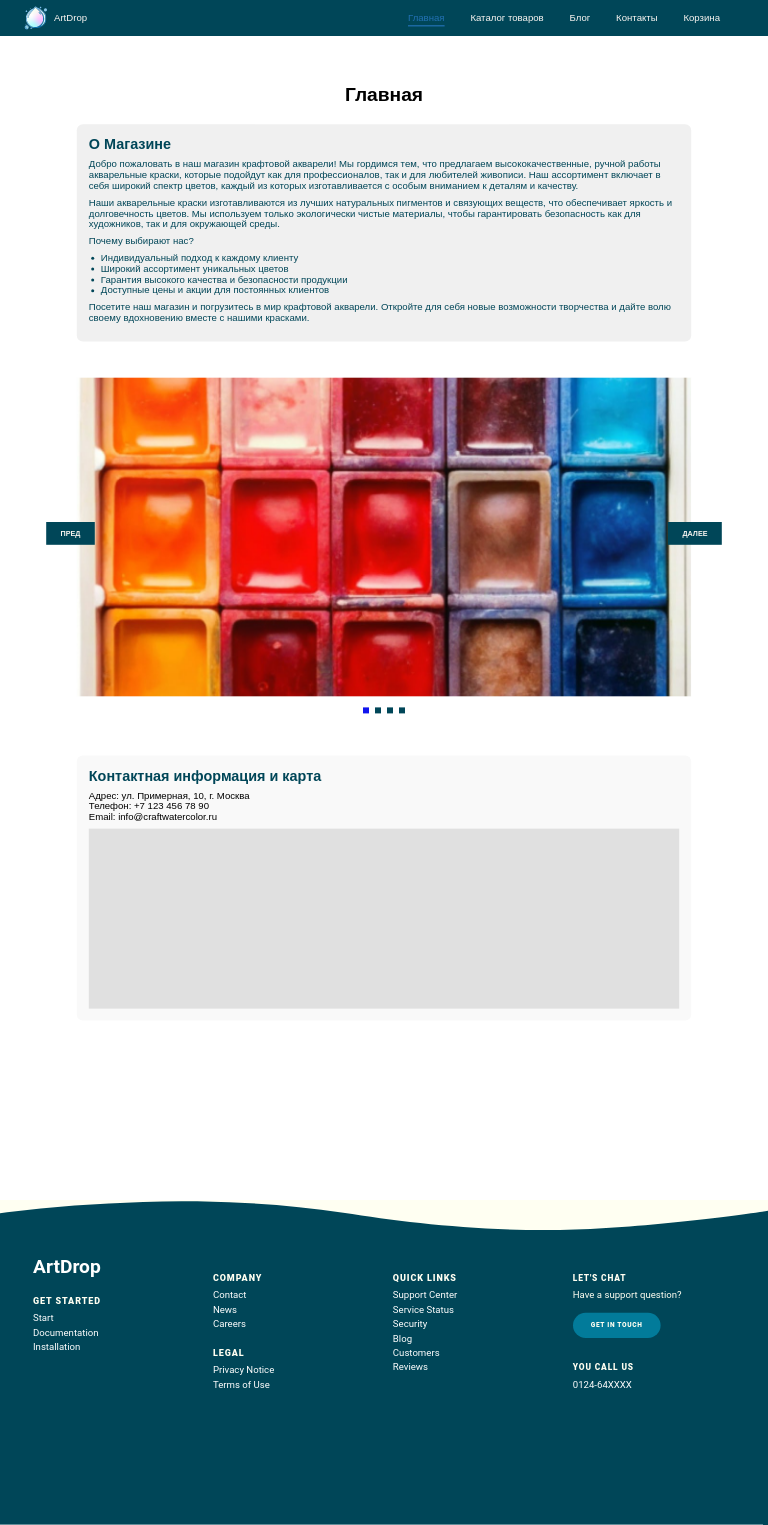
Repository: mnats725/art-drop
Page: index.html
The author's editor kept a copy of each file at every save. The page is drawn from the files as they stood at one save, then again after the next save.
The browser window is 1280 px wide. The pictures show the whole page, at 60% of full size.

Above is the page before, as saved 2024-05-21 00:32:08.

### index.html
<!DOCTYPE html>
<html lang="en">
<head>
    <meta charset="UTF-8">
    <meta http-equiv="X-UA-Compatible" content="IE=edge">
    <meta name="viewport" content="width=device-width, initial-scale=1.0">
    <title>ArtDrop</title>
    <link rel="stylesheet" href="./css/style.css">
    <link rel="stylesheet" href="./css/content.css">

</head>
<body>
    <div class="wrapper">
        <header class="header">
            <!-- Шапка -->
            <div class="logo">
                <a href="index.html">
                    <img src="./assets/img/logo.svg" alt="ArtDrop Logo">
                    <span>ArtDrop</span>
                </a>
            </div>
            <!-- Меню сайта -->
            <nav class="nav">
                <ul>
                    <li class="active">Главная</li>
                    <li>Каталог товаров</li>
                    <li>Блог</li>
                    <li>Контакты</li>
                    <li>Корзина</li>
                </ul>
            </nav>
            <!-- Иконка бургерменю -->
            <div class="burger">
                <span></span>
            </div>
        </header>
    </div>

    <div class="content">
        <h1 class="content-title">Главная</h1>
        <section class="store-info">
          <h2>О Магазине</h2>
          <p>Добро пожаловать в наш магазин крафтовой акварели! Мы гордимся тем, что предлагаем высококачественные, ручной работы акварельные краски, которые подойдут как для профессионалов, так и для любителей живописи. Наш ассортимент включает в себя широкий спектр цветов, каждый из которых изготавливается с особым вниманием к деталям и качеству.</p>
          <p>Наши акварельные краски изготавливаются из лучших натуральных пигментов и связующих веществ, что обеспечивает яркость и долговечность цветов. Мы используем только экологически чистые материалы, чтобы гарантировать безопасность как для художников, так и для окружающей среды.</p>
          <p>Почему выбирают нас?</p>
          <ul>
              <li>Индивидуальный подход к каждому клиенту</li>
              <li>Широкий ассортимент уникальных цветов</li>
              <li>Гарантия высокого качества и безопасности продукции</li>
              <li>Доступные цены и акции для постоянных клиентов</li>
          </ul>
          <p>Посетите наш магазин и погрузитесь в мир крафтовой акварели. Откройте для себя новые возможности творчества и дайте волю своему вдохновению вместе с нашими красками.</p>
       </section>
        <main class="carousel-container">
            <div class="carousel">
              <div class="item active">
                <img src="./assets/img/colores/photo_1_2024-05-20_20-57-42.jpg" alt="Image 1" />
              </div>
              <div class="item">
                <img src="./assets//img/colores/photo_2_2024-05-20_20-57-42.jpg" alt="Image 2" />
              </div>
              <div class="item">
                <img src="./assets/img/colores/photo_3_2024-05-20_20-57-42.jpg" alt="Image 3" />
              </div>
              <div class="item">
                <img src="./assets/img/colores/photo_4_2024-05-20_20-57-42.jpg" alt="Image 4" />
              </div>
            </div>
            <button class="btn prev">Пред</button>
            <button class="btn next">Далее</button>
            <br>
            <div class="dots"></div>
          </main>

          <section class="contact-info">
            <h2>Контактная информация и карта</h2>
            <p>Адрес: ул. Примерная, 10, г. Москва</p>
            <p>Телефон: +7 123 456 78 90</p>
            <p>Email: info@craftwatercolor.ru</p>
            <div id="map"></div>
        </section>
    </div>

    <div class="pg-footer">
        <footer class="footer">
          <svg class="footer-wave-svg" xmlns="http://www.w3.org/2000/svg" viewBox="0 0 1200 100" preserveAspectRatio="none">
            <path class="footer-wave-path" d="M851.8,100c125,0,288.3-45,348.2-64V0H0v44c3.7-1,7.3-1.9,11-2.9C80.7,22,151.7,10.8,223.5,6.3C276.7,2.9,330,4,383,9.8 c52.2,5.7,103.3,16.2,153.4,32.8C623.9,71.3,726.8,100,851.8,100z"></path>
          </svg>
          <div class="footer-content">
            <div class="footer-content-column">
              <div class="footer-logo">
                <a class="footer-logo-link" href="#">
                  <span class="hidden-link-text">ArtDrop</span>
                  <h1>ArtDrop</h1>
                </a>
              </div>
              <div class="footer-menu">
                <h2 class="footer-menu-name"> Get Started</h2>
                <ul id="menu-get-started" class="footer-menu-list">
                  <li class="menu-item menu-item-type-post_type menu-item-object-product">
                    <a href="#">Start</a>
                  </li>
                  <li class="menu-item menu-item-type-post_type menu-item-object-product">
                    <a href="#">Documentation</a>
                  </li>
                  <li class="menu-item menu-item-type-post_type menu-item-object-product">
                    <a href="#">Installation</a>
                  </li>
                </ul>
              </div>
            </div>
            <div class="footer-content-column">
              <div class="footer-menu">
                <h2 class="footer-menu-name"> Company</h2>
                <ul id="menu-company" class="footer-menu-list">
                  <li class="menu-item menu-item-type-post_type menu-item-object-page">
                    <a href="#">Contact</a>
                  </li>
                  <li class="menu-item menu-item-type-taxonomy menu-item-object-category">
                    <a href="#">News</a>
                  </li>
                  <li class="menu-item menu-item-type-post_type menu-item-object-page">
                    <a href="#">Careers</a>
                  </li>
                </ul>
              </div>
              <div class="footer-menu">
                <h2 class="footer-menu-name"> Legal</h2>
                <ul id="menu-legal" class="footer-menu-list">
                  <li class="menu-item menu-item-type-post_type menu-item-object-page menu-item-privacy-policy menu-item-170434">
                    <a href="#">Privacy Notice</a>
                  </li>
                  <li class="menu-item menu-item-type-post_type menu-item-object-page">
                    <a href="#">Terms of Use</a>
                  </li>
                </ul>
              </div>
            </div>
            <div class="footer-content-column">
              <div class="footer-menu">
                <h2 class="footer-menu-name"> Quick Links</h2>
                <ul id="menu-quick-links" class="footer-menu-list">
                  <li class="menu-item menu-item-type-custom menu-item-object-custom">
                    <a target="_blank" rel="noopener noreferrer" href="#">Support Center</a>
                  </li>
                  <li class="menu-item menu-item-type-custom menu-item-object-custom">
                    <a target="_blank" rel="noopener noreferrer" href="#">Service Status</a>
                  </li>
                  <li class="menu-item menu-item-type-post_type menu-item-object-page">
                    <a href="#">Security</a>
                  </li>
                  <li class="menu-item menu-item-type-post_type menu-item-object-page">
                    <a href="#">Blog</a>
                  </li>
                  <li class="menu-item menu-item-type-post_type_archive menu-item-object-customer">
                    <a href="#">Customers</a></li>
                  <li class="menu-item menu-item-type-post_type menu-item-object-page">
                    <a href="#">Reviews</a>
                  </li>
                </ul>
              </div>
            </div>
            <div class="footer-content-column">
              <div class="footer-call-to-action">
                <h2 class="footer-call-to-action-title"> Let's Chat</h2>
                <p class="footer-call-to-action-description"> Have a support question?</p>
                <a class="footer-call-to-action-button button" href="#" target="_self"> Get in Touch </a>
              </div>
              <div class="footer-call-to-action">
                <h2 class="footer-call-to-action-title"> You Call Us</h2>
                <p class="footer-call-to-action-link-wrapper"> <a class="footer-call-to-action-link" href="tel:0124-64XXXX" target="_self"> 0124-64XXXX </a></p>
              </div>
            </div>
        </footer>
      </div>
    <script>
        document.querySelector('.burger').addEventListener('click', function() {
            this.classList.toggle('active');
            document.querySelector('.nav').classList.toggle('open');
        })
        document.addEventListener("DOMContentLoaded", function () {
  let carousel = document.querySelector(".carousel");
  let items = carousel.querySelectorAll(".item");
  let dotsContainer = document.querySelector(".dots");

  // Insert dots into the DOM
  items.forEach((_, index) => {
    let dot = document.createElement("span");
    dot.classList.add("dot");
    if (index === 0) dot.classList.add("active");
    dot.dataset.index = index;
    dotsContainer.appendChild(dot);
  });

  let dots = document.querySelectorAll(".dot");

  // Function to show a specific item
  function showItem(index) {
    items.forEach((item, idx) => {
      item.classList.remove("active");
      dots[idx].classList.remove("active");
      if (idx === index) {
        item.classList.add("active");
        dots[idx].classList.add("active");
      }
    });
  }

  // Event listeners for buttons
  document.querySelector(".prev").addEventListener("click", () => {
    let index = [...items].findIndex((item) =>
      item.classList.contains("active")
    );
    showItem((index - 1 + items.length) % items.length);
  });

  document.querySelector(".next").addEventListener("click", () => {
    let index = [...items].findIndex((item) =>
      item.classList.contains("active")
    );
    showItem((index + 1) % items.length);
  });

  // Event listeners for dots
  dots.forEach((dot) => {
    dot.addEventListener("click", () => {
      let index = parseInt(dot.dataset.index);
      showItem(index);
    });
  });
});

    </script>
</body>
</html>

### css/content.css
.content {
  padding-top: 80px;
  margin: 0 auto;
}

.content-title {
  text-align: center;
  padding-bottom: 30px;
}

.store-info {
  background-color: #f0f0f0;
  color: #004658;
  padding: 20px;
  border-radius: 10px;
  margin-bottom: 20px;
  margin-left: 10%;
  margin-right: 10%;
}

.store-info h2 {
  color: #004658;
  margin-bottom: 10px;
}

.store-info p,
.store-info ul {
  margin-bottom: 10px;
}

.store-info ul {
  padding-left: 20px;
}

.store-info ul li {
  list-style-type: disc;
}

.contact-info {
  background-color: #f9f9f9;
  padding: 20px;
  border-radius: 10px;
  margin-left: 10%;
  margin-right: 10%;
  margin-top: 70px;
}

.contact-info h2 {
  color: #004658;
  margin-bottom: 10px;
}

#map {
  margin-top: 10px;
  width: 100%;
  height: 300px;
  background-color: #e0e0e0;
}

.carousel-container {
  padding-top: 40px;
  width: 80%;
  height: 600px;
  margin: auto;
  position: relative;
  display: flex;
  flex-direction: column;
  gap: var(--lx-gap);

  .carousel {
    aspect-ratio: 16/9;
    width: 100%;
    position: relative;
    overflow: hidden;

    .item {
      opacity: 0;
      width: 100%;
      height: 100%;
      display: none;
      transition: opacity 0.5s ease-in-out;

      img {
        width: 100%;
        height: 100%;
        object-fit: cover;
        object-position: center;
      }

      .caption {
        width: 100%;
        padding: var(--lx-space-01);
        position: absolute;
        bottom: 0;
        text-transform: uppercase;
        text-align: center;
        font-size: 12px;
        background-color: rgba(0, 0, 0, 0.5);
      }

      &.active {
        opacity: 1;
        display: block;
      }
    }
  }

  .btn {
    padding: 1em 2em;
    position: absolute;
    transform: translateY(-50%);
    top: 50%;
    outline: none;
    border: none;
    cursor: pointer;
    text-transform: uppercase;
    font-size: 12px;
    font-weight: 900;
    color: #FAF6F2;
    background-color: #004658;
    transition: transform 0.2s ease-in-out;

    &:active,
    &:focus {
      transform: translateY(-50%) scale(0.9);
    }

    &:hover {
      transform: translateY(-50%) scale(0.96);
    }
  }

  .prev {
    left: -5%;
  }

  .next {
    right: -5%;
  }

  .dots {
    display: flex;
    align-items: center;
    justify-content: center;
    gap: 10px;

    .dot {
      cursor: pointer;
      height: 10px;
      width: 10px;
      background-color: #004658;
      transition: background-color 0.2s ease;

      &.active,
      &:hover {
        background-color: #1115ee;
      }
    }
  }
}

Loaded but not shown: css/style.css (458 lines, source omitted)

After the next save:
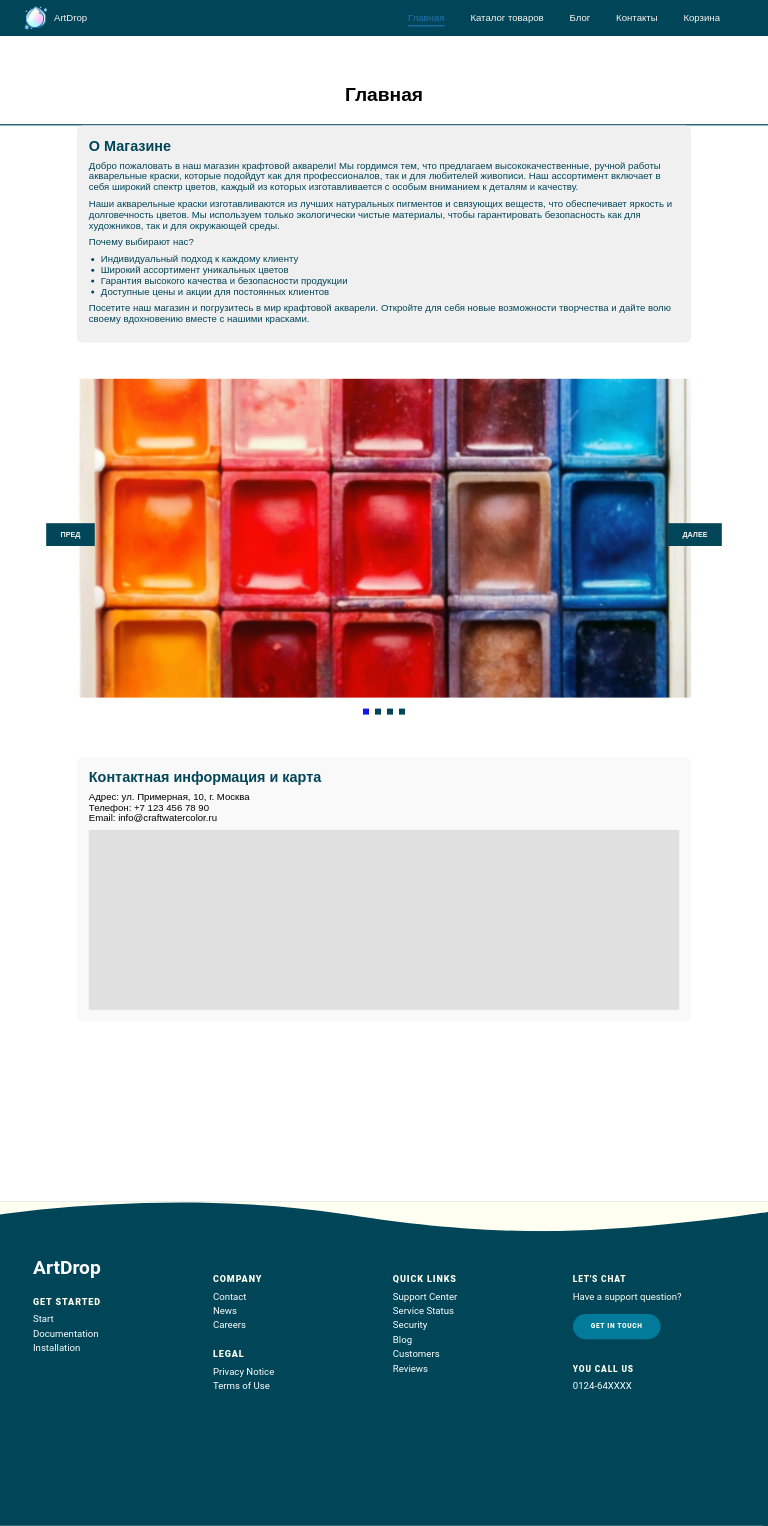
Saved 92 s later.
--- a/css/content.css
+++ b/css/content.css
@@ -6,8 +6,8 @@
 .content-title {
   text-align: center;
   padding-bottom: 30px;
+  border-bottom: 2px solid #004658;
 }
-
 .store-info {
   background-color: #f0f0f0;
   color: #004658;

After the save that followed:
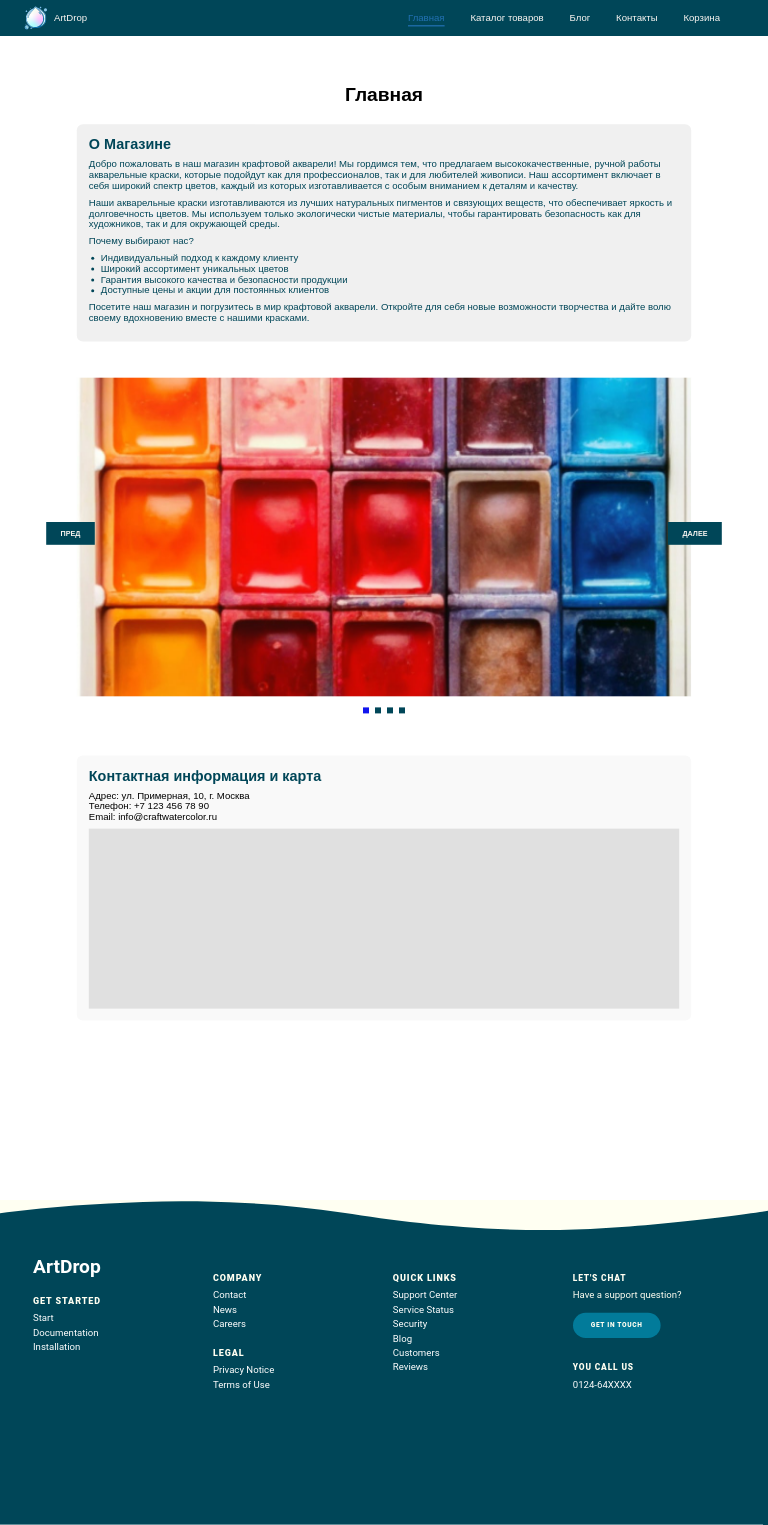
Saved 7 s later.
--- a/css/content.css
+++ b/css/content.css
@@ -6,8 +6,8 @@
 .content-title {
   text-align: center;
   padding-bottom: 30px;
-  border-bottom: 2px solid #004658;
 }
+
 .store-info {
   background-color: #f0f0f0;
   color: #004658;
